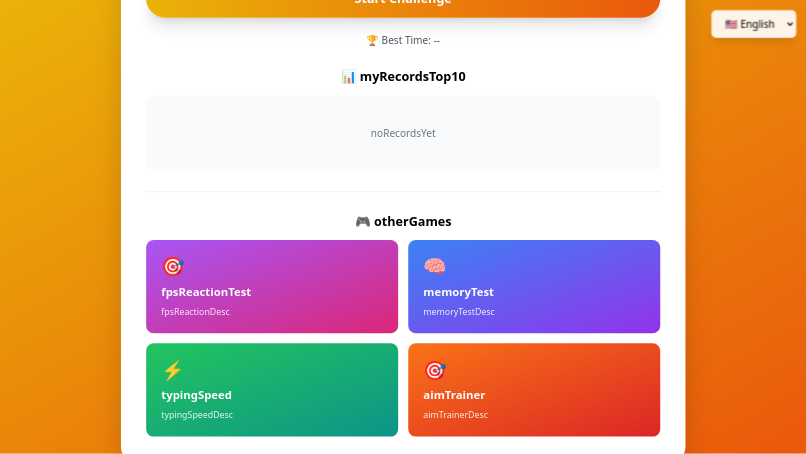
Repository: Lcmind/withjocoding
Page: math-challenge.html
An editor plug-in stored every save of this project. The page is shown before and after the next save, followed by the edit.
The browser window is 1280 px wide. The pictures show the whole page, at 63% of full size.
An inner scrolling area shows only its first screen. Some web libraries are served in a nearby version.

Above is the page before, as saved 2026-01-13 21:39:35.

### math-challenge.html
<!DOCTYPE html>
<html lang="en">
<head>
  <meta charset="UTF-8">
  <meta name="viewport" content="width=device-width, initial-scale=1.0">
  <meta name="description" content="Free Math Challenge! Test your mental calculation speed. Perfect for brain training!">
  <title>Math Challenge - Mental Calculation Speed Training</title>

  <!-- Tailwind CSS -->
  <script src="https://cdn.tailwindcss.com"></script>
  <script>
    tailwind.config = {
      theme: {
        extend: {
          colors: {
            primary: '#667eea',
            secondary: '#764ba2',
          }
        }
      }
    }
  </script>

  <!-- Google AdSense -->
  <script async src="https://pagead2.googlesyndication.com/pagead/js/adsbygoogle.js?client=ca-pub-1247545232353663"
     crossorigin="anonymous"></script>

  <style>
    @keyframes shake {
      0%, 100% { transform: translateX(0); }
      25% { transform: translateX(-10px); }
      75% { transform: translateX(10px); }
    }
    .shake {
      animation: shake 0.3s ease-in-out;
    }
    @keyframes correct-flash {
      0%, 100% { background-color: transparent; }
      50% { background-color: rgba(34, 197, 94, 0.2); }
    }
    .correct-flash {
      animation: correct-flash 0.5s ease-in-out;
    }
  </style>
</head>
<body class="min-h-screen bg-gradient-to-br from-yellow-500 to-orange-600">

  <!-- 언어 선택 -->
  <div class="fixed top-4 right-4 z-50">
    <select id="language-selector" class="px-4 py-2 rounded-lg bg-white/90 backdrop-blur-sm shadow-lg border-2 border-white/50 cursor-pointer hover:bg-white transition-all">
      <option value="ko">🇰🇷 한국어</option>
      <option value="en">🇺🇸 English</option>
      <option value="ja">🇯🇵 日本語</option>
    </select>
  </div>

  <!-- 시작 화면 -->
  <div id="start-screen" class="fixed inset-0 z-10 min-h-screen flex flex-col items-center justify-center p-4 md:p-8 opacity-100 pointer-events-auto transition-opacity duration-300 overflow-y-auto">
    <div class="max-w-4xl w-full">

      <!-- 상단 광고 -->
      <div class="mb-6 flex justify-center">
        <ins class="adsbygoogle block"
             style="display:block; max-height:90px;"
             data-ad-format="horizontal"
             data-ad-client="ca-pub-1247545232353663"
             data-full-width-responsive="true"></ins>
      </div>

      <!-- 메인 카드 -->
      <div class="bg-white rounded-3xl shadow-2xl p-6 md:p-10">
        <h1 class="text-4xl md:text-6xl font-bold text-center text-yellow-600 mb-4">
          🧮 <span data-i18n="title">Math Challenge</span>
        </h1>
        <p class="text-lg md:text-xl text-center text-gray-600 mb-8" data-i18n="subtitle">Test your mental calculation speed!</p>

      <!-- 게임 방법 -->
      <div class="bg-gray-50 rounded-2xl p-6 mb-8">
        <h3 class="text-xl font-bold text-yellow-600 mb-4" data-i18n="gameMethod">How to Play</h3>
        <ol class="list-decimal list-inside space-y-2 text-gray-700">
          <li data-i18n="mathMethodDesc.0">Math problems appear on screen</li>
          <li data-i18n="mathMethodDesc.1">Choose the correct answer quickly</li>
          <li data-i18n="mathMethodDesc.2">Complete all problems to see your speed!</li>
        </ol>
      </div>

      <!-- 난이도 선택 -->
      <div class="mb-8">
        <h3 class="text-xl font-bold text-center mb-4" data-i18n="selectDifficulty">Select Difficulty</h3>
        <div class="grid grid-cols-1 md:grid-cols-3 gap-4">
          <button class="difficulty-btn border-2 border-gray-300 rounded-xl p-6 hover:border-yellow-500 hover:shadow-lg transition-all" data-difficulty="easy">
            <div class="text-3xl mb-2">😊</div>
            <div class="font-bold text-lg" data-i18n="easy">Easy</div>
            <div class="text-sm text-gray-500">1-10</div>
          </button>
          <button class="difficulty-btn active border-2 border-yellow-500 bg-gradient-to-br from-yellow-500 to-orange-600 text-white rounded-xl p-6 shadow-lg" data-difficulty="normal">
            <div class="text-3xl mb-2">🧮</div>
            <div class="font-bold text-lg" data-i18n="normal">Normal</div>
            <div class="text-sm opacity-90">1-50</div>
          </button>
          <button class="difficulty-btn border-2 border-gray-300 rounded-xl p-6 hover:border-yellow-500 hover:shadow-lg transition-all" data-difficulty="hard">
            <div class="text-3xl mb-2">🔥</div>
            <div class="font-bold text-lg" data-i18n="hard">Hard</div>
            <div class="text-sm text-gray-500">1-100</div>
          </button>
        </div>
      </div>

      <!-- 문제 수 선택 -->
      <div class="mb-8">
        <h3 class="text-xl font-bold text-center mb-4" data-i18n="selectProblems">Number of Problems</h3>
        <div class="grid grid-cols-3 gap-4">
          <button class="problems-btn border-2 border-gray-300 rounded-xl p-4 hover:border-yellow-500 hover:shadow-lg transition-all" data-problems="10">
            <div class="font-bold text-lg">10</div>
          </button>
          <button class="problems-btn active border-2 border-yellow-500 bg-gradient-to-br from-yellow-500 to-orange-600 text-white rounded-xl p-4 shadow-lg" data-problems="20">
            <div class="font-bold text-lg">20</div>
          </button>
          <button class="problems-btn border-2 border-gray-300 rounded-xl p-4 hover:border-yellow-500 hover:shadow-lg transition-all" data-problems="30">
            <div class="font-bold text-lg">30</div>
          </button>
        </div>
      </div>

      <button id="start-btn" class="w-full bg-gradient-to-r from-yellow-500 to-orange-600 text-white font-bold text-xl py-4 rounded-full shadow-xl hover:shadow-2xl hover:-translate-y-1 transition-all">
        <span data-i18n="startChallenge">Start Challenge</span>
      </button>

      <div class="mt-6 text-center text-gray-600">
        <p>🏆 <span data-i18n="bestTime">Best Time</span>: <span id="best-record">--</span></p>
      </div>

      <!-- 내 기록 TOP 10 -->
      <div class="mt-8">
        <h3 class="text-xl font-bold text-center mb-4">📊 <span data-i18n="myRecordsTop10">My Top 10 Records</span></h3>
        <div id="history-list" class="bg-gray-50 rounded-2xl p-4 max-h-80 overflow-y-auto">
          <p class="text-center text-gray-500 py-8" data-i18n="noRecordsYet">No records yet. Start now!</p>
        </div>
      </div>

      <!-- 다른 게임 섹션 -->
      <div class="mt-8 border-t border-gray-200 pt-8">
        <h3 class="text-xl font-bold text-center mb-4">🎮 <span data-i18n="otherGames">Other Games</span></h3>
        <div class="grid grid-cols-1 md:grid-cols-2 gap-4">
          <a href="index.html" class="block bg-gradient-to-br from-purple-500 to-pink-600 rounded-xl p-6 text-white hover:shadow-xl transition-all duration-300 hover:-translate-y-1">
            <div class="text-3xl mb-2">🎯</div>
            <div class="font-bold text-lg mb-2" data-i18n="fpsReactionTest">FPS Reaction Test</div>
            <div class="text-sm opacity-90" data-i18n="fpsReactionDesc">Test your reaction speed</div>
          </a>

          <a href="memory-test.html" class="block bg-gradient-to-br from-blue-500 to-purple-600 rounded-xl p-6 text-white hover:shadow-xl transition-all duration-300 hover:-translate-y-1">
            <div class="text-3xl mb-2">🧠</div>
            <div class="font-bold text-lg mb-2" data-i18n="memoryTest">Memory Test</div>
            <div class="text-sm opacity-90" data-i18n="memoryTestDesc">Test your memory skills</div>
          </a>

          <a href="typing-speed.html" class="block bg-gradient-to-br from-green-500 to-teal-600 rounded-xl p-6 text-white hover:shadow-xl transition-all duration-300 hover:-translate-y-1">
            <div class="text-3xl mb-2">⚡</div>
            <div class="font-bold text-lg mb-2" data-i18n="typingSpeed">Typing Speed</div>
            <div class="text-sm opacity-90" data-i18n="typingSpeedDesc">Test your typing speed</div>
          </a>

          <a href="aim-trainer.html" class="block bg-gradient-to-br from-orange-500 to-red-600 rounded-xl p-6 text-white hover:shadow-xl transition-all duration-300 hover:-translate-y-1">
            <div class="text-3xl mb-2">🎯</div>
            <div class="font-bold text-lg mb-2" data-i18n="aimTrainer">Aim Trainer</div>
            <div class="text-sm opacity-90" data-i18n="aimTrainerDesc">Improve your aim precision</div>
          </a>
        </div>
      </div>
    </div>
  </div>

  <!-- 게임 화면 -->
  <div id="game-screen" class="fixed inset-0 z-20 min-h-screen bg-gray-900 relative flex items-center justify-center opacity-0 pointer-events-none transition-opacity duration-300">
    <!-- 게임 정보 -->
    <div class="fixed top-8 left-1/2 transform -translate-x-1/2 z-10">
      <div class="flex gap-8 bg-white/10 backdrop-blur-md px-6 py-3 rounded-full">
        <div class="text-white text-lg">
          <span class="opacity-80" data-i18n="problems">Problems</span>: <span id="problem-count" class="font-bold">0 / 20</span>
        </div>
        <div class="text-white text-lg">
          <span class="opacity-80" data-i18n="time">Time</span>: <span id="time-display" class="font-bold">0.0s</span>
        </div>
        <div class="text-white text-lg">
          <span class="opacity-80" data-i18n="accuracy">Accuracy</span>: <span id="accuracy-display" class="font-bold">100%</span>
        </div>
      </div>
    </div>

    <!-- 문제 영역 -->
    <div class="max-w-2xl w-full mx-4">
      <div class="bg-white rounded-3xl shadow-2xl p-8 md:p-12">
        <div id="problem-display" class="text-5xl md:text-7xl font-bold text-center text-gray-800 mb-8">
          2 + 3 = ?
        </div>

        <div class="grid grid-cols-2 gap-4">
          <button class="answer-btn bg-gradient-to-br from-blue-500 to-purple-600 text-white font-bold text-3xl py-6 rounded-2xl shadow-lg hover:shadow-xl hover:-translate-y-1 transition-all">
            5
          </button>
          <button class="answer-btn bg-gradient-to-br from-green-500 to-teal-600 text-white font-bold text-3xl py-6 rounded-2xl shadow-lg hover:shadow-xl hover:-translate-y-1 transition-all">
            6
          </button>
          <button class="answer-btn bg-gradient-to-br from-yellow-500 to-orange-600 text-white font-bold text-3xl py-6 rounded-2xl shadow-lg hover:shadow-xl hover:-translate-y-1 transition-all">
            4
          </button>
          <button class="answer-btn bg-gradient-to-br from-red-500 to-pink-600 text-white font-bold text-3xl py-6 rounded-2xl shadow-lg hover:shadow-xl hover:-translate-y-1 transition-all">
            7
          </button>
        </div>
      </div>
    </div>
  </div>

  <!-- 결과 화면 -->
  <div id="result-screen" class="fixed inset-0 z-30 min-h-screen flex flex-col items-center justify-center p-4 opacity-0 pointer-events-none transition-opacity duration-300 overflow-y-auto">
    <div class="max-w-2xl w-full bg-white rounded-3xl shadow-2xl p-6 md:p-10">
      <h1 class="text-4xl font-bold text-center text-yellow-600 mb-8">
        🧮 <span data-i18n="results">Results</span>
      </h1>

      <div class="bg-gradient-to-br from-yellow-500 to-orange-600 text-white rounded-2xl p-8 mb-6">
        <div class="text-center mb-6">
          <div class="text-lg opacity-90 mb-2" data-i18n="totalTime">Total Time</div>
          <div id="final-time" class="text-6xl font-bold mb-4">10.0s</div>
        </div>

        <div class="grid grid-cols-3 gap-4">
          <div class="bg-white/20 rounded-xl p-4 text-center">
            <div class="text-sm opacity-90" data-i18n="correct">Correct</div>
            <div id="correct-count" class="text-2xl font-bold">0</div>
          </div>
          <div class="bg-white/20 rounded-xl p-4 text-center">
            <div class="text-sm opacity-90" data-i18n="wrong">Wrong</div>
            <div id="wrong-count" class="text-2xl font-bold">0</div>
          </div>
          <div class="bg-white/20 rounded-xl p-4 text-center">
            <div class="text-sm opacity-90" data-i18n="accuracy">Accuracy</div>
            <div id="final-accuracy" class="text-2xl font-bold">100%</div>
          </div>
        </div>

        <div class="mt-6 text-center">
          <div class="text-sm opacity-90" data-i18n="avgTimePerProblem">Avg Time per Problem</div>
          <div id="avg-time" class="text-3xl font-bold">0.5s</div>
        </div>
      </div>

      <div class="flex gap-4">
        <button id="retry-btn" class="flex-1 bg-gradient-to-r from-yellow-500 to-orange-600 text-white font-bold text-xl py-4 rounded-full shadow-xl hover:shadow-2xl hover:-translate-y-1 transition-all">
          <span data-i18n="challengeAgain">Challenge Again</span>
        </button>
        <button id="home-btn" class="flex-1 bg-white text-yellow-600 border-2 border-yellow-600 font-bold text-xl py-4 rounded-full hover:bg-yellow-600 hover:text-white transition-all">
          <span data-i18n="backHome">Home</span>
        </button>
      </div>
    </div>

    <!-- 하단 광고 -->
    <div class="mt-6 flex justify-center">
      <ins class="adsbygoogle block"
           style="display:block; min-height:250px;"
           data-ad-format="autorelaxed"
           data-ad-client="ca-pub-1247545232353663"
           data-full-width-responsive="true"></ins>
    </div>
  </div>

  <!-- Footer -->
  <!-- Footer -->
  <footer class="w-full py-4 text-center text-gray-500 text-sm">
    <p class="mb-1">Made with ❤️ | Math Challenge</p>
    <p class="text-xs">
      <a href="privacy.html" class="text-gray-500 hover:text-gray-700 mx-2" data-i18n="privacyPolicy">Privacy Policy</a> |
      <a href="terms.html" class="text-gray-500 hover:text-gray-700 mx-2" data-i18n="termsOfService">Terms of Service</a>
    </p>
  </footer>

  <script>
    (adsbygoogle = window.adsbygoogle || []).push({});
  </script>

  <script src="math-challenge.js"></script>
</body>
</html>

Loaded but not shown: math-challenge.js (369 lines, source omitted)

After the next save:
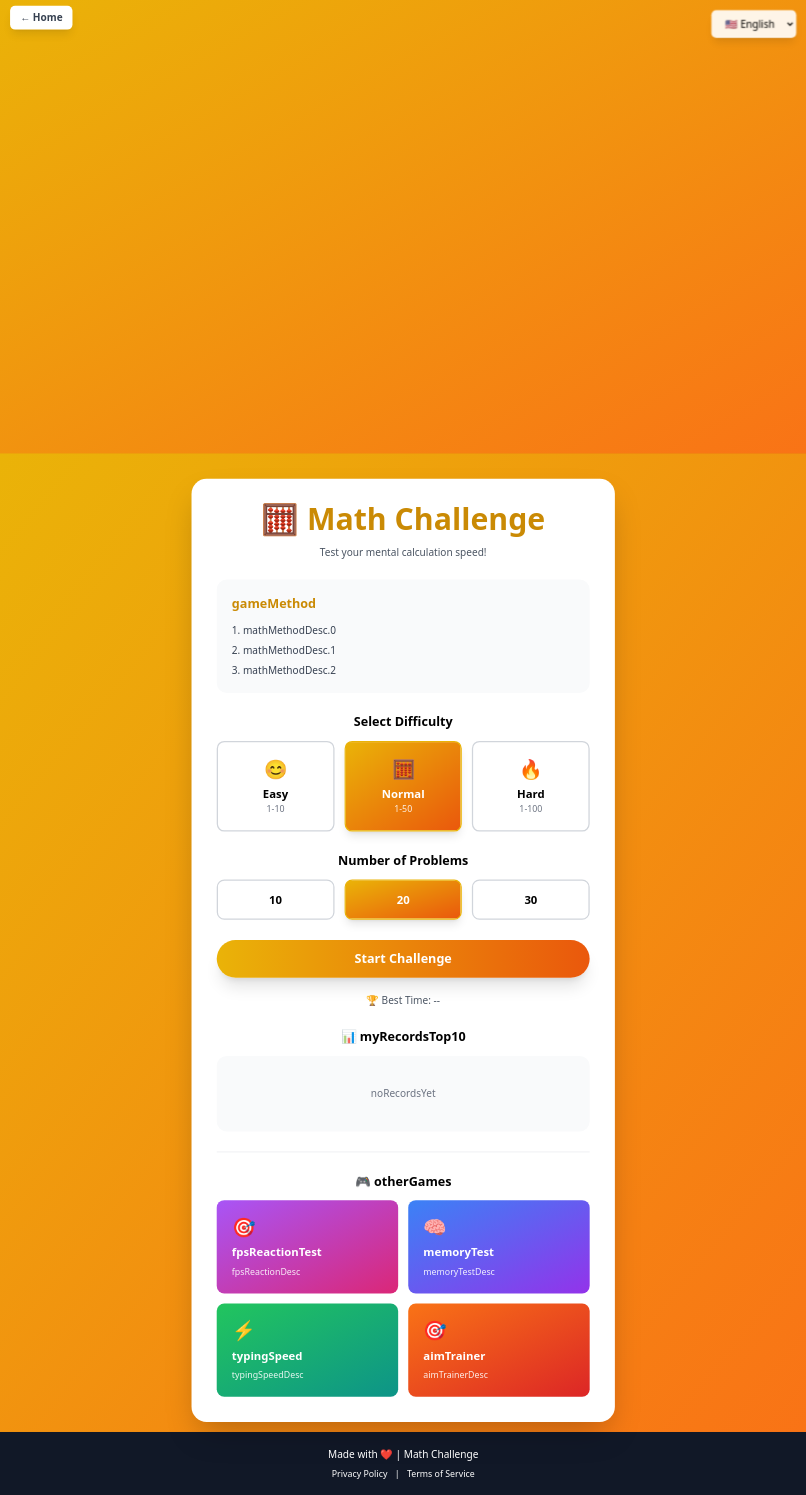
Saved 9 min 32 s later.
--- a/math-challenge.html
+++ b/math-challenge.html
@@ -41,6 +41,16 @@
     .correct-flash {
       animation: correct-flash 0.5s ease-in-out;
     }
+    /* 화면 전환 제어 */
+    .screen {
+      display: none;
+    }
+    .screen.active {
+      display: flex;
+    }
+    #start-screen.active {
+      background: linear-gradient(to bottom right, #eab308, #f97316);
+    }
   </style>
 </head>
 <body class="min-h-screen bg-gradient-to-br from-yellow-500 to-orange-600">
@@ -55,24 +65,32 @@
   </div>
 
   <!-- 시작 화면 -->
-  <div id="start-screen" class="fixed inset-0 z-10 min-h-screen flex flex-col items-center justify-center p-4 md:p-8 opacity-100 pointer-events-auto transition-opacity duration-300 overflow-y-auto">
-    <div class="max-w-4xl w-full">
-
-      <!-- 상단 광고 -->
-      <div class="mb-6 flex justify-center">
-        <ins class="adsbygoogle block"
-             style="display:block; max-height:90px;"
-             data-ad-format="horizontal"
-             data-ad-client="ca-pub-1247545232353663"
-             data-full-width-responsive="true"></ins>
-      </div>
-
-      <!-- 메인 카드 -->
-      <div class="bg-white rounded-3xl shadow-2xl p-6 md:p-10">
-        <h1 class="text-4xl md:text-6xl font-bold text-center text-yellow-600 mb-4">
-          🧮 <span data-i18n="title">Math Challenge</span>
-        </h1>
-        <p class="text-lg md:text-xl text-center text-gray-600 mb-8" data-i18n="subtitle">Test your mental calculation speed!</p>
+  <div id="start-screen" class="screen active min-h-screen flex flex-col items-center justify-center p-4 md:p-8">
+  </div>
+
+  <!-- 홈으로 돌아가기 -->
+  <div class="fixed top-4 left-4 z-50">
+    <a href="index.html" class="px-4 py-2 bg-white rounded-lg shadow-lg hover:shadow-xl transition-all text-gray-700 font-bold">
+      ← <span data-i18n="backHome">Home</span>
+    </a>
+  </div>
+
+  <!-- 시작 화면 -->
+  <div id="start-screen" class="screen active min-h-screen flex flex-col items-center justify-center p-4">
+    <!-- 상단 광고 -->
+    <div class="mb-6 flex justify-center">
+      <ins class="adsbygoogle block"
+           style="display:block; max-height:90px;"
+           data-ad-format="horizontal"
+           data-ad-client="ca-pub-1247545232353663"
+           data-full-width-responsive="true"></ins>
+    </div>
+
+    <div class="max-w-2xl w-full bg-white rounded-3xl shadow-2xl p-6 md:p-10">
+      <h1 class="text-4xl md:text-5xl font-bold text-center text-yellow-600 mb-4">
+        🧮 <span data-i18n="title">Math Challenge</span>
+      </h1>
+      <p class="text-center text-gray-600 mb-8" data-i18n="subtitle">Test your mental calculation speed!</p>
 
       <!-- 게임 방법 -->
       <div class="bg-gray-50 rounded-2xl p-6 mb-8">
@@ -171,7 +189,7 @@
   </div>
 
   <!-- 게임 화면 -->
-  <div id="game-screen" class="fixed inset-0 z-20 min-h-screen bg-gray-900 relative flex items-center justify-center opacity-0 pointer-events-none transition-opacity duration-300">
+  <div id="game-screen" class="screen hidden min-h-screen bg-gray-900 relative flex items-center justify-center">
     <!-- 게임 정보 -->
     <div class="fixed top-8 left-1/2 transform -translate-x-1/2 z-10">
       <div class="flex gap-8 bg-white/10 backdrop-blur-md px-6 py-3 rounded-full">
@@ -213,7 +231,7 @@
   </div>
 
   <!-- 결과 화면 -->
-  <div id="result-screen" class="fixed inset-0 z-30 min-h-screen flex flex-col items-center justify-center p-4 opacity-0 pointer-events-none transition-opacity duration-300 overflow-y-auto">
+  <div id="result-screen" class="screen hidden min-h-screen flex flex-col items-center justify-center p-4">
     <div class="max-w-2xl w-full bg-white rounded-3xl shadow-2xl p-6 md:p-10">
       <h1 class="text-4xl font-bold text-center text-yellow-600 mb-8">
         🧮 <span data-i18n="results">Results</span>
@@ -267,12 +285,11 @@
   </div>
 
   <!-- Footer -->
-  <!-- Footer -->
-  <footer class="w-full py-4 text-center text-gray-500 text-sm">
-    <p class="mb-1">Made with ❤️ | Math Challenge</p>
-    <p class="text-xs">
-      <a href="privacy.html" class="text-gray-500 hover:text-gray-700 mx-2" data-i18n="privacyPolicy">Privacy Policy</a> |
-      <a href="terms.html" class="text-gray-500 hover:text-gray-700 mx-2" data-i18n="termsOfService">Terms of Service</a>
+  <footer class="w-full py-6 text-center text-white bg-gray-900">
+    <p class="mb-2">Made with ❤️ | Math Challenge</p>
+    <p class="text-sm">
+      <a href="privacy.html" class="text-white hover:underline mx-2" data-i18n="privacyPolicy">Privacy Policy</a> |
+      <a href="terms.html" class="text-white hover:underline mx-2" data-i18n="termsOfService">Terms of Service</a>
     </p>
   </footer>
 
